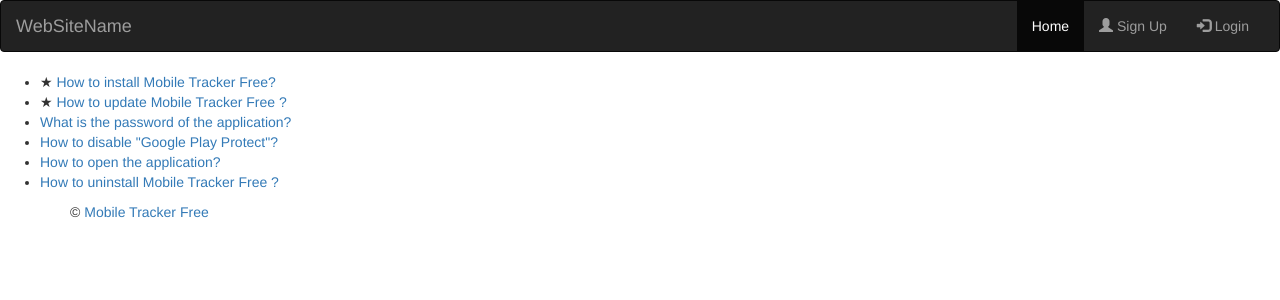
Repository: prathmeshgodbole/Web_Development
Page: Mobile_tracker/Installation.html
These files come from the project's save history. The page is drawn as it stood at one moment and after the next save; the edit follows.
The browser window is 1280 px wide. The pictures show the whole page.

Above is the page before, as saved 2020-03-08 17:25:34.

After the next save:
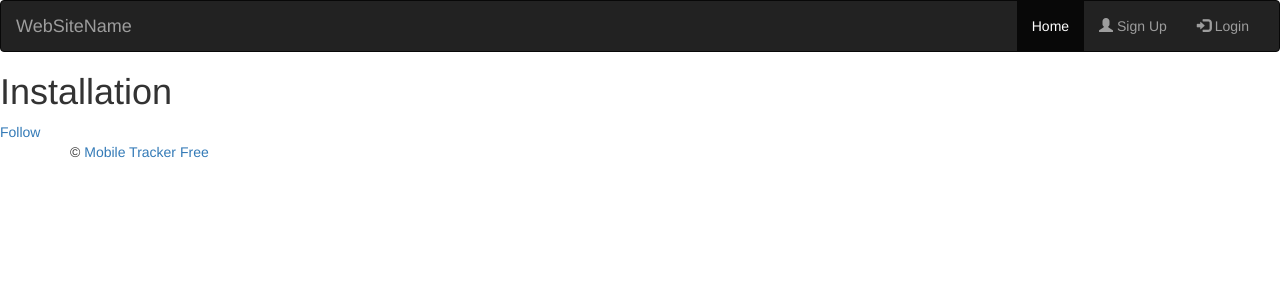
Saved 111 s later.
--- a/Mobile_tracker/Installation.html
+++ b/Mobile_tracker/Installation.html
@@ -33,6 +33,18 @@
         </div>
     </nav>
 
+
+
+
+    <div class="section-header">
+        <h1 class="section-title">
+
+            Installation</h1>
+        <div class="section-subscribe dropdown" aria-haspopup="true">
+            <a class="dropdown-toggle" role="button" data-auth-action="signin" aria-selected="false" title="Opens a sign-in dialog" href="#">Follow</a>
+            <span class="dropdown-menu" role="menu" aria-expanded="false">
+
+
     <p class="section-description"></p>
 
 
@@ -43,41 +55,41 @@
             <span data-title="Promoted article">★</span>
 
             <a href="/hc/en-us/articles/360003057973-How-to-install-Mobile-Tracker-Free-">How to install Mobile Tracker Free?</a>
-        </li>
+            </li>
 
-        <li class="article-promoted">
+            <li class="article-promoted">
 
-            <span data-title="Promoted article">★</span>
+                <span data-title="Promoted article">★</span>
 
-            <a href="/hc/en-us/articles/360003915213-How-to-update-Mobile-Tracker-Free-">How to update Mobile Tracker Free ?</a>
-        </li>
+                <a href="/hc/en-us/articles/360003915213-How-to-update-Mobile-Tracker-Free-">How to update Mobile Tracker Free ?</a>
+            </li>
 
-        <li>
+            <li>
 
-            <a href="/hc/en-us/articles/360008174459-What-is-the-password-of-the-application-">What is the password of the application?</a>
-        </li>
+                <a href="/hc/en-us/articles/360008174459-What-is-the-password-of-the-application-">What is the password of the application?</a>
+            </li>
 
-        <li>
+            <li>
 
-            <a href="/hc/en-us/articles/360005346953-How-to-disable-Google-Play-Protect-">How to disable &quot;Google Play Protect&quot;?</a>
-        </li>
+                <a href="/hc/en-us/articles/360005346953-How-to-disable-Google-Play-Protect-">How to disable &quot;Google Play Protect&quot;?</a>
+            </li>
 
-        <li>
+            <li>
 
-            <a href="/hc/en-us/articles/360005296374-How-to-open-the-application-">How to open the application?</a>
-        </li>
+                <a href="/hc/en-us/articles/360005296374-How-to-open-the-application-">How to open the application?</a>
+            </li>
 
-        <li>
+            <li>
 
-            <a href="/hc/en-us/articles/360003110633-How-to-uninstall-Mobile-Tracker-Free-">How to uninstall Mobile Tracker Free ?</a>
-        </li>
+                <a href="/hc/en-us/articles/360003110633-How-to-uninstall-Mobile-Tracker-Free-">How to uninstall Mobile Tracker Free ?</a>
+            </li>
 
-    </ul>
+            </ul>
 
 
 
-    </div>
-    </main>
+        </div>
+        </main>
 
     </div>
     <!--/.container-->
